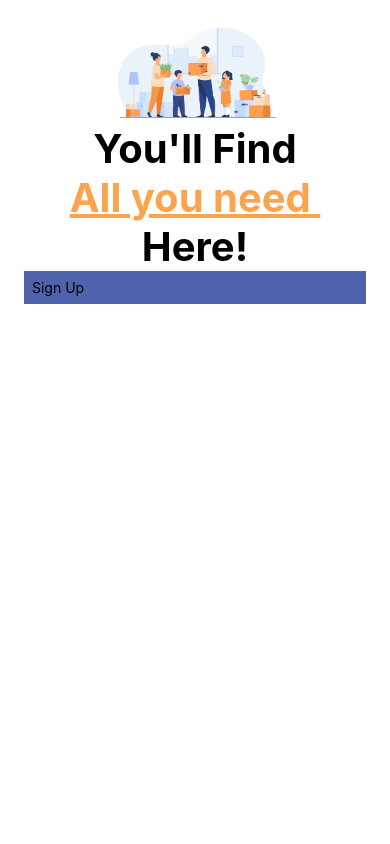
Repository: oscarMyerston/ProjectName
Screen: /
These files come from the project's save history. The screen is drawn as it stood at one moment and after a run of saves; the edit follows.
The app was drawn by React Native's web renderer in a window 390 px wide. The project was rebuilt for these pictures with package versions that can differ from the ones it lists, and the page was loaded fresh each time. Also part of the build but not shown: Chair.js, Table.js.

Above is the screen before, as saved 2024-06-02 21:25:41.

### App.js
/**
 * Sample React Native App
 * https://github.com/facebook/react-native
 *
 * @format
 * @flow strict-local
 */

import React, { useState } from 'react';
import {
  SafeAreaView,
} from 'react-native';
import { Chair as BlackChair} from './Chair';
import Table from "./Table"
import Splash from './src/screen/auth/Splash';

const App = ()  => {
  const [ theme, setTheme ] = useState('light')
  return (
    <SafeAreaView>
    <Splash/>
    </SafeAreaView>
  );
};

const styles = {
  themeHeader: {
    margin: 16,
    fontSize: 16,
    backgroundColor: 'yellow'
  }
}

// const styles = StyleSheet.create({
//   themeHeader: {
//     margin: 16,
//     fontSize: 16,
//     backgroundColor: 'yellow'
//   }
// })

export default App;

### src/screen/auth/Splash/index.js
import React from "react";
import { Text, Image, View } from "react-native"
import { styles } from './styles'
import Button from "../../../components/Button";

const Splash = () => {
  return [
    <View style={styles.container}>
      <Image
        resizeMode="contain"
        style={styles.image}
        source={require('../../../assets/splash_image.png')}
      />
      <Text style={styles.title}>You'll Find</Text>
      <Text style={[styles.title, styles.innetTitle]} >All you need </Text>
      <Text style={styles.title}>Here!</Text>

      <Button title="Sign Up"/>

    </View>,
  ];

}

export default Splash

### src/screen/auth/Splash/styles.js
import { StyleSheet } from "react-native"

export const styles = StyleSheet.create({
  container: {
    padding: 24,
  },
  image: {
    width: '100%',
    height: 100,
  },
  title: {
    fontSize: 40,
    fontWeight: 'bold',
    textAlign: 'center',
  },
  innetTitle: {
    color: '#FCA34D',
    textDecorationLine: 'underline'
  }
})

### src/components/Button/index.js
import React from "react";
import { Pressable, Text, TouchableOpacity } from "react-native";
import { styles } from "./style";
const Button = ({ title }) => {

  const handlePress = () => {
    console.log('button clicked')
  }

  return (
    <TouchableOpacity
    activateOpacity={0.6}
    onPress={handlePress}
    style={styles.container}>
      <Text style>{title}</Text>
    </TouchableOpacity>
  );
}

export default Button

### src/components/Button/style.js
import { StyleSheet } from "react-native"

export const styles = StyleSheet.create({
  container: {
    backgroundColor: "#4F63AC",
    padding: 8,
  },
  title: {
    color: "#FFFFFF",
    textAlign: 'center',
    fontSize: 16,
    fontWeight: 'bold',

  }
})

After the next 3 saves:
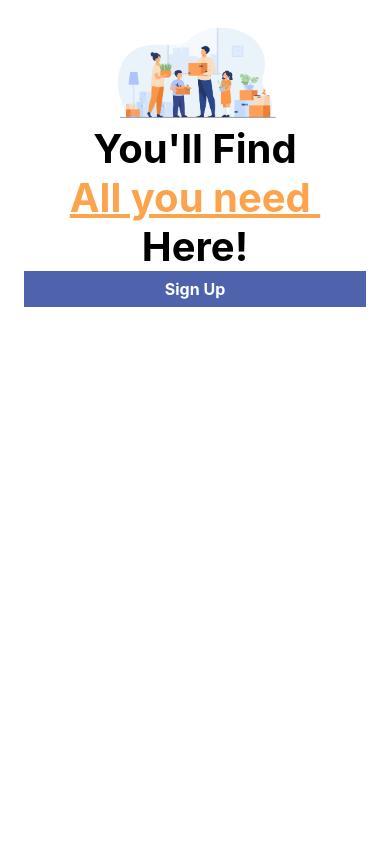
The 3 saves are shown as one change because they came seconds apart.
The last was saved 8 s later.
--- a/src/components/Button/index.js
+++ b/src/components/Button/index.js
@@ -12,7 +12,7 @@ const Button = ({ title }) => {
     activateOpacity={0.6}
     onPress={handlePress}
     style={styles.container}>
-      <Text style>{title}</Text>
+      <Text style={styles.title}>{title}</Text>
     </TouchableOpacity>
   );
 }
